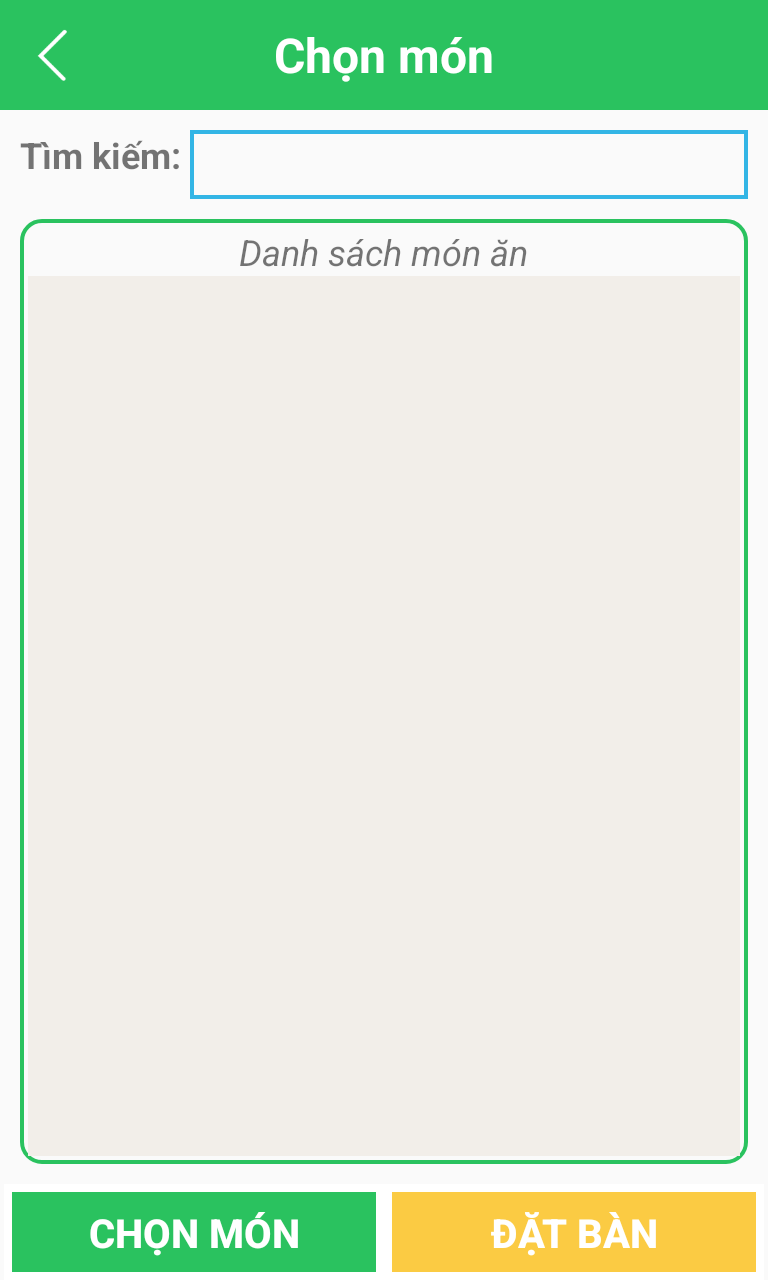
Repository: yenthanh132/Intelresment_AndroidClientApp
Layout: Intelresment/res/layout/activity_order.xml
The author's editor kept a copy of each file at every save. The layout is drawn from the files as they stood at one save, then again after the next save.
It is drawn on a 768 x 1280 px phone screen (xhdpi) without system bars, with theme AppTheme; the app's code is not run. Lists and similar views that code fills are empty.

Above is the layout before, as saved 2014-12-27 07:52:23.

After the next save:
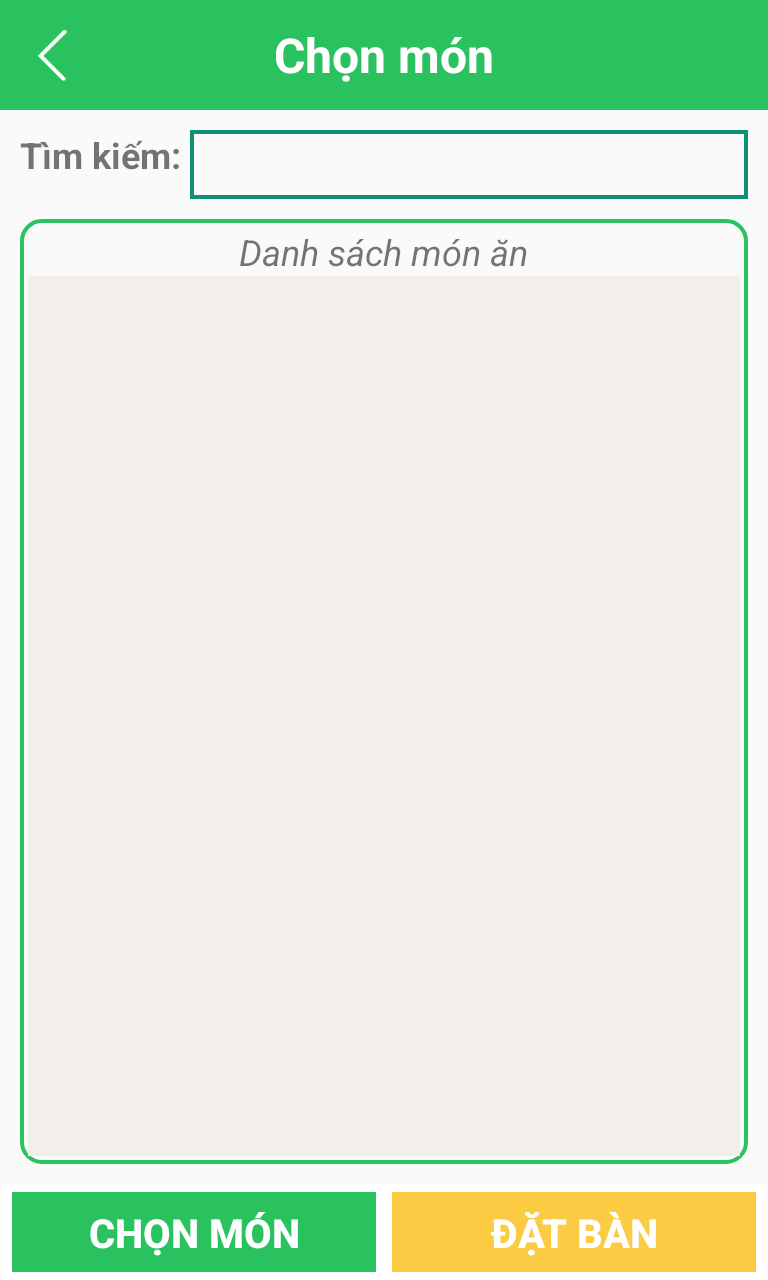
Saved 14 s later.
--- a/Intelresment/res/drawable/edittext_drawable.xml
+++ b/Intelresment/res/drawable/edittext_drawable.xml
@@ -6,7 +6,7 @@
 
     <stroke
         android:width="2dp"
-        android:color="#33b5e5" />
+        android:color="#0E9174" />
 
     <padding
         android:bottom="5dp"
